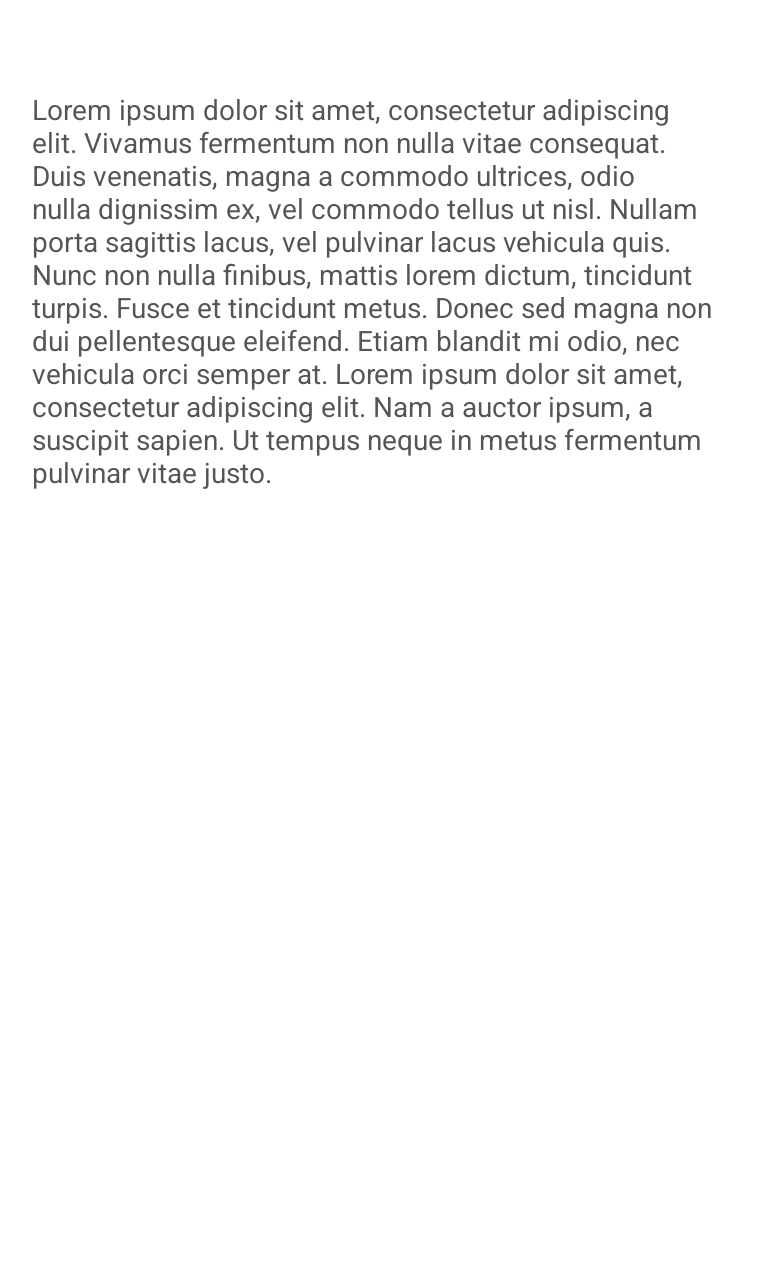
Repository: sam-stewart/in721
Layout: ActivitiesIntentsRequesting/res/layout/activity_data_requesting_settings.xml
An editor plug-in stored every save of this project. The layout is shown before and after the next save, followed by the edit.
It is drawn on a 768 x 1280 px phone screen (xhdpi) without system bars, with theme AppTheme; the app's code is not run.

Above is the layout before, as saved 2015-03-07 03:02:40.

### ActivitiesIntentsRequesting/res/layout/activity_data_requesting_settings.xml
<RelativeLayout xmlns:android="http://schemas.android.com/apk/res/android"
    xmlns:tools="http://schemas.android.com/tools"
    android:layout_width="match_parent"
    android:layout_height="match_parent"
    android:paddingBottom="@dimen/activity_vertical_margin"
    android:paddingLeft="@dimen/activity_horizontal_margin"
    android:paddingRight="@dimen/activity_horizontal_margin"
    android:paddingTop="@dimen/activity_vertical_margin"
    tools:context="bit.stewasc3.activitiesintentsrequesting.DataRequestingSettings" >

    <TextView
        android:id="@+id/textView2"
        android:layout_width="wrap_content"
        android:layout_height="wrap_content"
        android:layout_marginTop="29dp"
        android:text="@string/lorem_ipsum"
        android:textColor="#555555" />

</RelativeLayout>

### ActivitiesIntentsRequesting/res/values/strings.xml
<?xml version="1.0" encoding="utf-8"?>
<resources>

    <string name="app_name">ActivitiesIntentsRequesting</string>
    <string name="hello_world">Hello world!</string>
    <string name="action_settings">Settings</string>
    <string name="lorem_ipsum">Lorem ipsum dolor sit amet, consectetur adipiscing elit. Vivamus fermentum non nulla vitae consequat. Duis venenatis, magna a commodo ultrices, odio nulla dignissim ex, vel commodo tellus ut nisl. Nullam porta sagittis lacus, vel pulvinar lacus vehicula quis. Nunc non nulla finibus, mattis lorem dictum, tincidunt turpis. Fusce et tincidunt metus. Donec sed magna non dui pellentesque eleifend. Etiam blandit mi odio, nec vehicula orci semper at. Lorem ipsum dolor sit amet, consectetur adipiscing elit. Nam a auctor ipsum, a suscipit sapien. Ut tempus neque in metus fermentum pulvinar vitae justo.</string>
    <string name="title_activity_data_requesting_settings">DataRequestingSettings</string>
    <string name="main_screen">Main Screen</string>

</resources>

Loaded but not shown: ActivitiesIntentsRequesting/res/values/styles.xml (common file); ActivitiesIntentsRequesting/res/values-v11/styles.xml (common file); ActivitiesIntentsRequesting/res/values-v14/styles.xml (common file); ActivitiesIntentsRequesting/res/values/dimens.xml (common file); ActivitiesIntentsRequesting/res/values-w820dp/dimens.xml (common file)

After the next save:
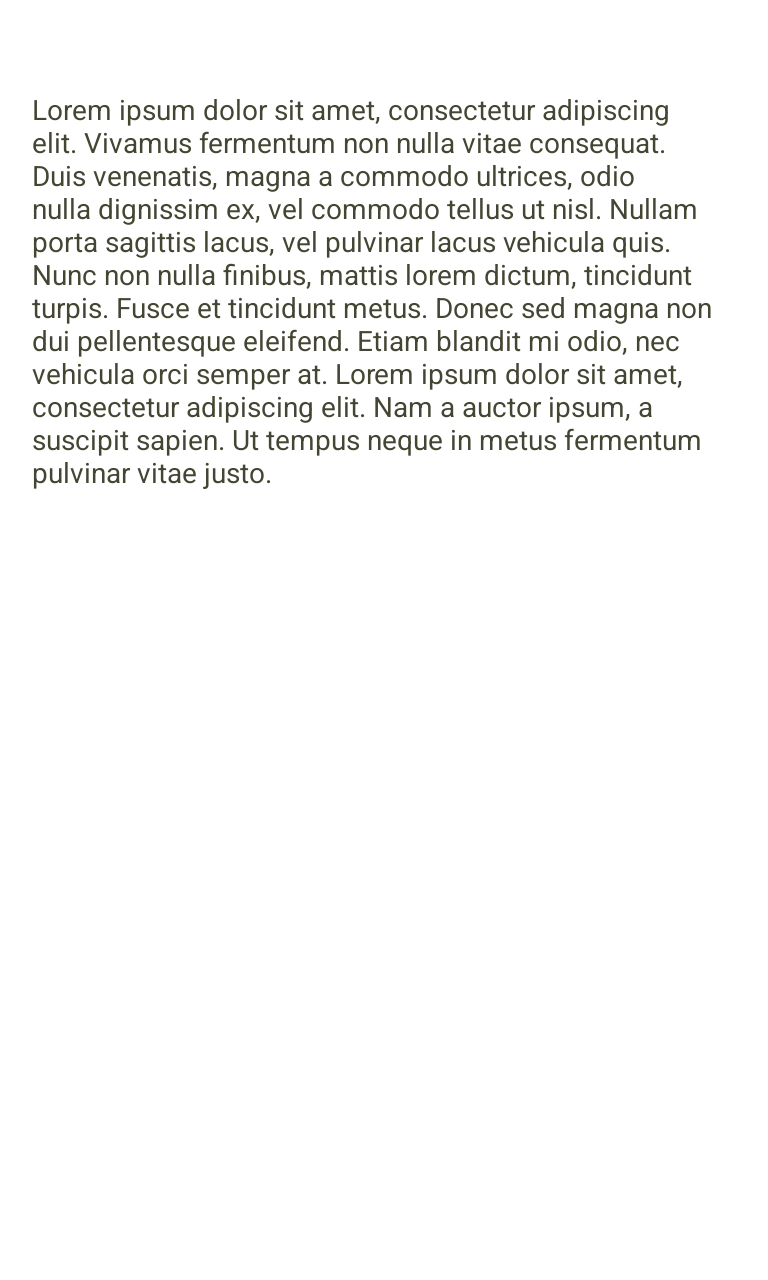
Saved 28 s later.
--- a/ActivitiesIntentsRequesting/res/layout/activity_data_requesting_settings.xml
+++ b/ActivitiesIntentsRequesting/res/layout/activity_data_requesting_settings.xml
@@ -14,6 +14,6 @@
         android:layout_height="wrap_content"
         android:layout_marginTop="29dp"
         android:text="@string/lorem_ipsum"
-        android:textColor="#555555" />
+        android:textColor="#454534" />
 
 </RelativeLayout>
